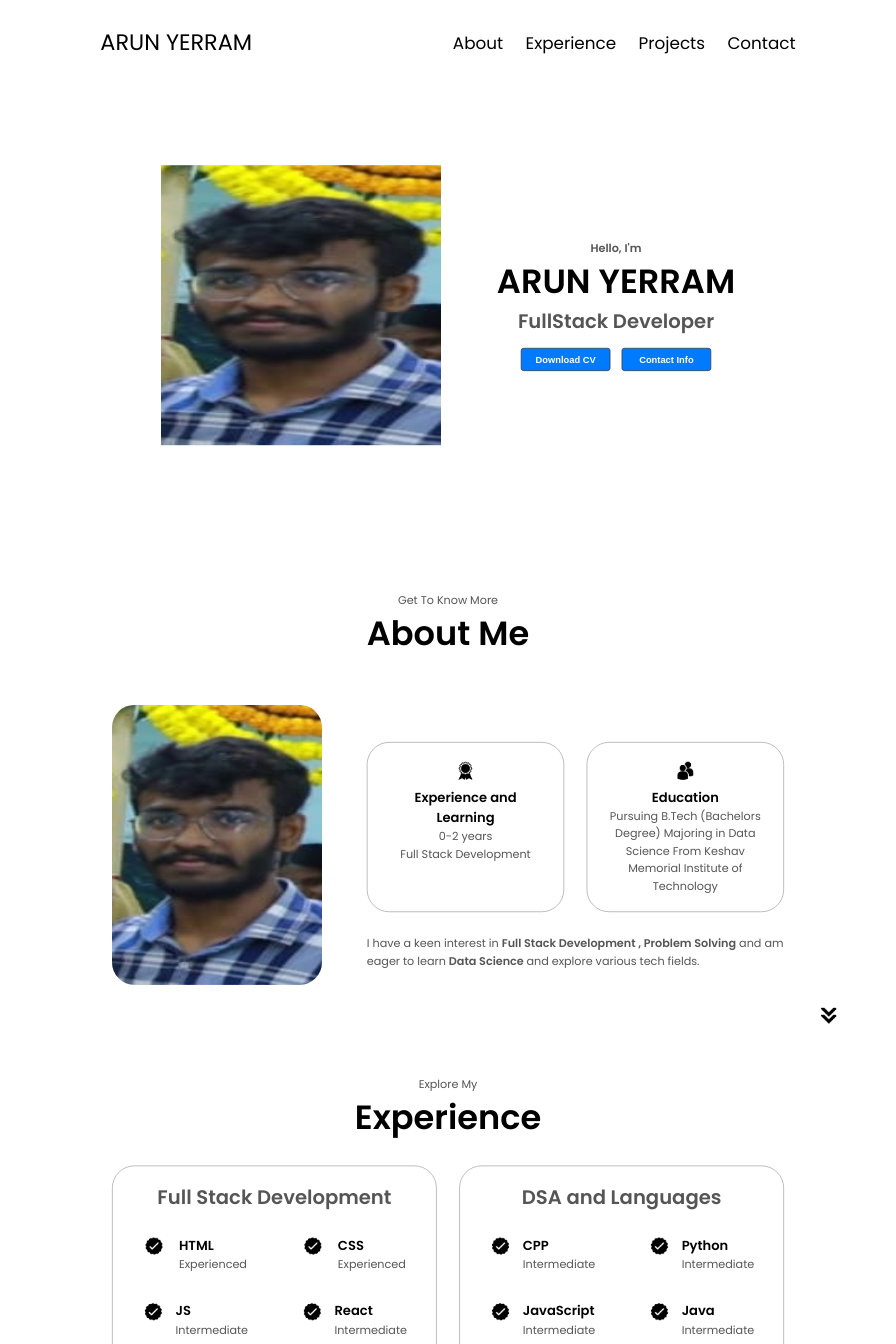
Repository: arunyerram/PortFolio
Page: index.html
The author's editor kept a copy of each file at every save. The page is drawn from the files as they stood at one save, then again after a run of saves.
The browser window is 1280 px wide. The pictures show the part of the page from y = 0 to 1920 px (the page is 4784 px tall), at 70% of full size.

Above is the page before, as saved 2025-01-26 16:49:04.

After the next 2 saves:
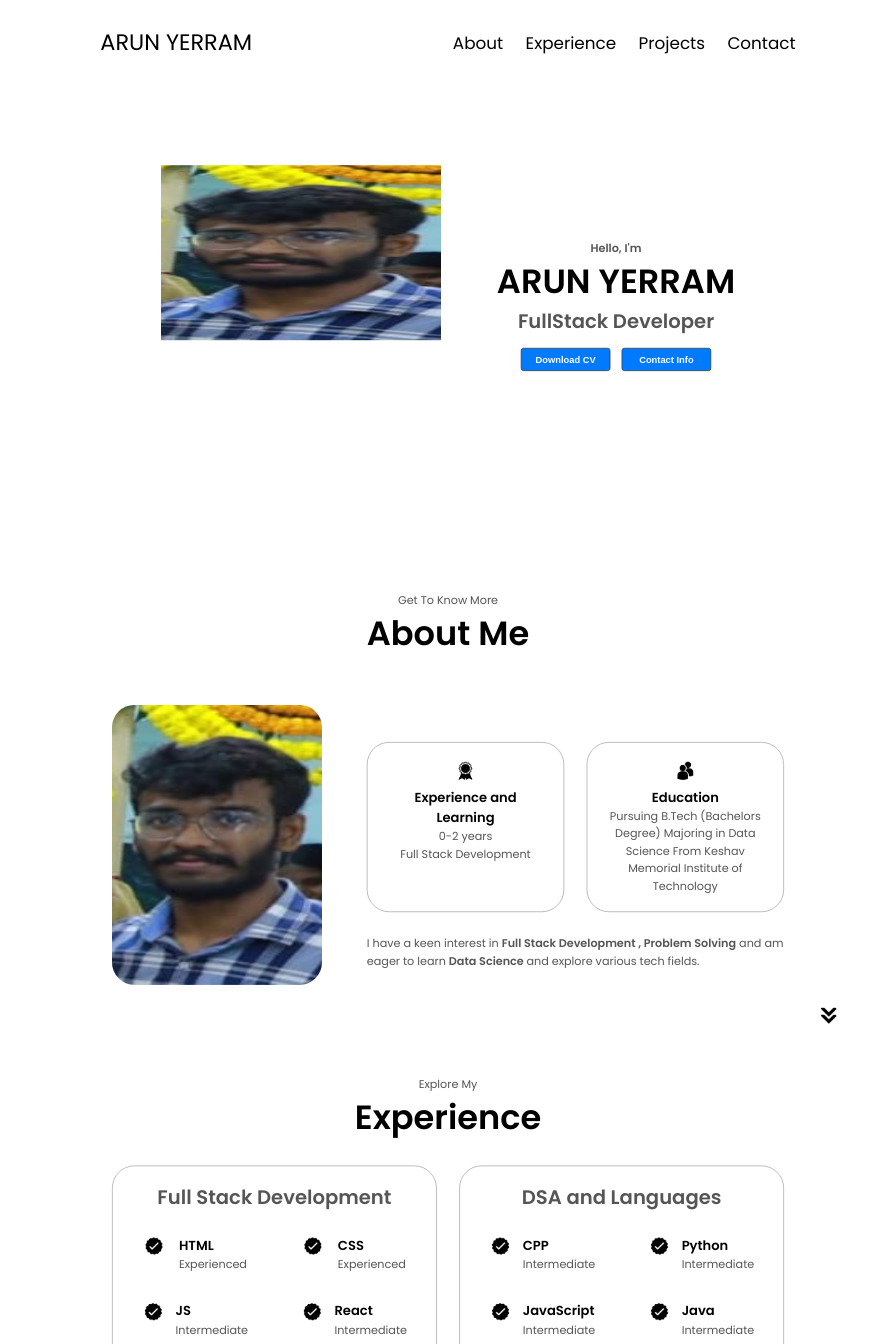
The 2 saves are shown as one change because they came seconds apart.
The last was saved 11 s later.
--- a/index.html
+++ b/index.html
@@ -38,7 +38,7 @@
   </nav>
   <section id="profile">
     <div class="section__pic-container">
-      <img src="./assets/Photo1.jpg" alt="John Doe profile picture" width="400px" height="400px" />
+      <img src="./assets/Photo1.jpg" alt="John Doe profile picture" width="400px" height="250px" />
     </div>
     <div class="section__text">
       <p class="section__text__p1">Hello, I'm</p>
